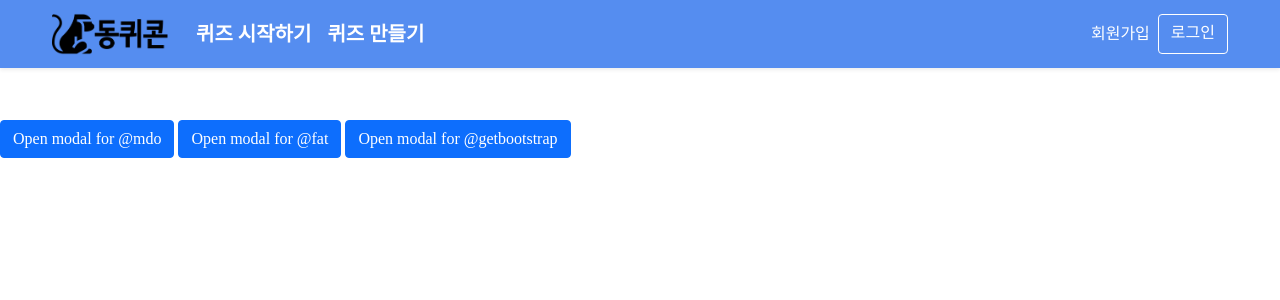
Repository: eogus0512/Quiz_WebProject
Page: http://localhost/Quiz_WebProject/test.jsp
An editor plug-in stored every save of this project. The page is shown before and after the next save, followed by the edit.
The browser window is 1280 px wide. The pictures show the whole page.
Some web fonts or font styles are not loaded; a fallback is used. The page is served by Tomcat 9. Other server files are loaded and not shown.

Above is the page before, as saved 2021-12-11 09:36:22.

### Quiz_WebProject/WebContent/test.jsp
<%@ page language="java" contentType="text/html;charset=UTF-8" pageEncoding="UTF-8" %>
<%@ page import="java.io.PrintWriter"%>
<%@ page import = "question.*" %>
<%@ page import = "java.util.ArrayList" %>
<!DOCTYPE html>
<html>
<head>
	    <link rel="stylesheet" href="./css/bootstrap.min.css">
    <link rel="stylesheet" href="./css/custom.css">
    <link rel="icon" href="./img/favicon.png">
    <meta http-equiv="Content-Type" content="text/html"; charset="UTF-8">
    <meta name="viewport" content="width=device-width, initial-scale=1, shrink-to-fit=no">
    <title>동퀴콘</title>
</head>
<body>
<nav class="navbar navbar-expand-lg navbar-light fixed-top shadow-sm" style="background-color: #558DF0;">
<div class="container-xxl d-flex align-items-md-center" style="width:1200px">
    <a class="navbar-brand" href="index.jsp"><img src="./img/mainIcon.png" class="rounded float-start" width="120"></a>
    <button class="navbar-toggler" type="button" data-bs-toggle="collapse" data-bs-target="#navbarSupportedContent" aria-controls="navbarSupportedContent" aria-expanded="false" aria-label="Toggle navigation">
        <span class="navbar-toggler-icon"></span>
    </button>
    <div class="collapse navbar-collapse" id="navbarSupportedContent">
        <ul class="navbar-nav me-auto">
            <li class="nav-item">
                <a class="nav-link" href="action/getQuestion.jsp?type=4" style="font-size:15pt; color:white;"><b>퀴즈 시작하기</b></a>
            </li>
            <li class="nav-item">
                <a class="nav-link" href="registerQuiz.jsp" style="font-size:15pt; color:white;"><b>퀴즈 만들기</b></a>
            </li>
        </ul>
        <%
            String LoginID = null;
            String UserName = null;
            if(session.getAttribute("loginID") != null) {
                LoginID = (String) session.getAttribute("LoginID");
                UserName = (String) session.getAttribute("UserName");
            }
            if(LoginID == null) {
        %>
        <ul class="navbar-nav">
            <a class="nav-link" aria-current="page" href="signUp.jsp" style="color:white">회원가입</a>
            <a class="btn btn-outline-primary" href="login.jsp" style="border-color: white; color: white">로그인</a>
        </ul>
        <%
        } else {
        %>
        <ul class="navbar-nav d-flex">
            <li class="nav-item dropdown">
                <a class="nav-link dropdown-toggle" href="#" id="navbarDropdown" role="button" data-bs-toggle="dropdown" aria-expanded="false" style="color: white">
                    <%=UserName %> 님
                </a>
                <ul class="dropdown-menu" aria-labelledby="navbarDropdown" style="background-color: #558DF0;">
                    <li><a class="dropdown-item" href="myPage.jsp" style="color: white">마이페이지</a></li>
                    <li><a class="dropdown-item" href="#" style="color: white">1:1 문의</a></li>
                    <li><hr class="dropdown-divider" style="color: white"></li>
                    <li><a class="dropdown-item" href="logout.jsp" style="color: white">로그아웃</a></li>
                </ul>
            </li>
        </ul>
        <%
            }
        %>
    </div>
</div>
</nav><br><br><br><br><br>
<button type="button" class="btn btn-primary" data-bs-toggle="modal" data-bs-target="#exampleModal" data-bs-whatever="@mdo">Open modal for @mdo</button>
<button type="button" class="btn btn-primary" data-bs-toggle="modal" data-bs-target="#exampleModal" data-bs-whatever="@fat">Open modal for @fat</button>
<button type="button" class="btn btn-primary" data-bs-toggle="modal" data-bs-target="#exampleModal" data-bs-whatever="@getbootstrap">Open modal for @getbootstrap</button>

<div class="modal fade" id="exampleModal" tabindex="-1" aria-labelledby="exampleModalLabel" aria-hidden="true">
  <div class="modal-dialog">
    <div class="modal-content">
      <div class="modal-header">
        <h5 class="modal-title" id="exampleModalLabel">New message</h5>
        <button type="button" class="btn-close" data-bs-dismiss="modal" aria-label="Close"></button>
      </div>
      <div class="modal-body">
        <form>
          <div class="mb-3">
            <label for="recipient-name" class="col-form-label">Recipient:</label>
            <input type="text" class="form-control" id="recipient-name">
          </div>
          <div class="mb-3">
            <label for="message-text" class="col-form-label">Message:</label>
            <textarea class="form-control" id="message-text"></textarea>
          </div>
        </form>
      </div>
      <div class="modal-footer">
        <button type="button" class="btn btn-secondary" data-bs-dismiss="modal">Close</button>
        <button type="button" class="btn btn-primary">Send message</button>
      </div>
    </div>
  </div>
</div>
</body>
</html>

### Quiz_WebProject/WebContent/css/custom.css
@import url(https://fonts.googleapis.com/earlyaccess/nanumgothic.css);
.navbar-brand, h1, h2, h3, h4 {
    font-family: 'Nanum Gothic';
}
h5 {
    font-family: 'Nanum Gothic';
    font-size: 18px;
}
body {
    font-family: 'Nanum Gothic';
}

Loaded but not shown: Quiz_WebProject/WebContent/css/bootstrap.min.css (library)

After the next save:
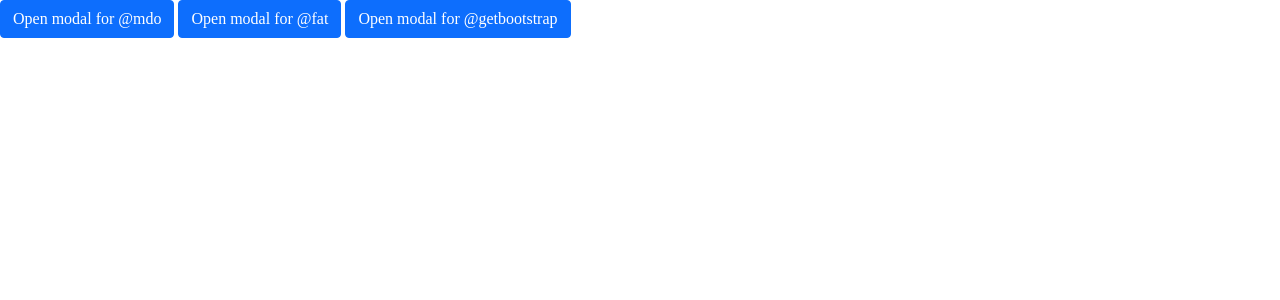
Saved 28 s later.
--- a/Quiz_WebProject/WebContent/test.jsp
+++ b/Quiz_WebProject/WebContent/test.jsp
@@ -13,56 +13,6 @@
     <title>동퀴콘</title>
 </head>
 <body>
-<nav class="navbar navbar-expand-lg navbar-light fixed-top shadow-sm" style="background-color: #558DF0;">
-<div class="container-xxl d-flex align-items-md-center" style="width:1200px">
-    <a class="navbar-brand" href="index.jsp"><img src="./img/mainIcon.png" class="rounded float-start" width="120"></a>
-    <button class="navbar-toggler" type="button" data-bs-toggle="collapse" data-bs-target="#navbarSupportedContent" aria-controls="navbarSupportedContent" aria-expanded="false" aria-label="Toggle navigation">
-        <span class="navbar-toggler-icon"></span>
-    </button>
-    <div class="collapse navbar-collapse" id="navbarSupportedContent">
-        <ul class="navbar-nav me-auto">
-            <li class="nav-item">
-                <a class="nav-link" href="action/getQuestion.jsp?type=4" style="font-size:15pt; color:white;"><b>퀴즈 시작하기</b></a>
-            </li>
-            <li class="nav-item">
-                <a class="nav-link" href="registerQuiz.jsp" style="font-size:15pt; color:white;"><b>퀴즈 만들기</b></a>
-            </li>
-        </ul>
-        <%
-            String LoginID = null;
-            String UserName = null;
-            if(session.getAttribute("loginID") != null) {
-                LoginID = (String) session.getAttribute("LoginID");
-                UserName = (String) session.getAttribute("UserName");
-            }
-            if(LoginID == null) {
-        %>
-        <ul class="navbar-nav">
-            <a class="nav-link" aria-current="page" href="signUp.jsp" style="color:white">회원가입</a>
-            <a class="btn btn-outline-primary" href="login.jsp" style="border-color: white; color: white">로그인</a>
-        </ul>
-        <%
-        } else {
-        %>
-        <ul class="navbar-nav d-flex">
-            <li class="nav-item dropdown">
-                <a class="nav-link dropdown-toggle" href="#" id="navbarDropdown" role="button" data-bs-toggle="dropdown" aria-expanded="false" style="color: white">
-                    <%=UserName %> 님
-                </a>
-                <ul class="dropdown-menu" aria-labelledby="navbarDropdown" style="background-color: #558DF0;">
-                    <li><a class="dropdown-item" href="myPage.jsp" style="color: white">마이페이지</a></li>
-                    <li><a class="dropdown-item" href="#" style="color: white">1:1 문의</a></li>
-                    <li><hr class="dropdown-divider" style="color: white"></li>
-                    <li><a class="dropdown-item" href="logout.jsp" style="color: white">로그아웃</a></li>
-                </ul>
-            </li>
-        </ul>
-        <%
-            }
-        %>
-    </div>
-</div>
-</nav><br><br><br><br><br>
 <button type="button" class="btn btn-primary" data-bs-toggle="modal" data-bs-target="#exampleModal" data-bs-whatever="@mdo">Open modal for @mdo</button>
 <button type="button" class="btn btn-primary" data-bs-toggle="modal" data-bs-target="#exampleModal" data-bs-whatever="@fat">Open modal for @fat</button>
 <button type="button" class="btn btn-primary" data-bs-toggle="modal" data-bs-target="#exampleModal" data-bs-whatever="@getbootstrap">Open modal for @getbootstrap</button>
